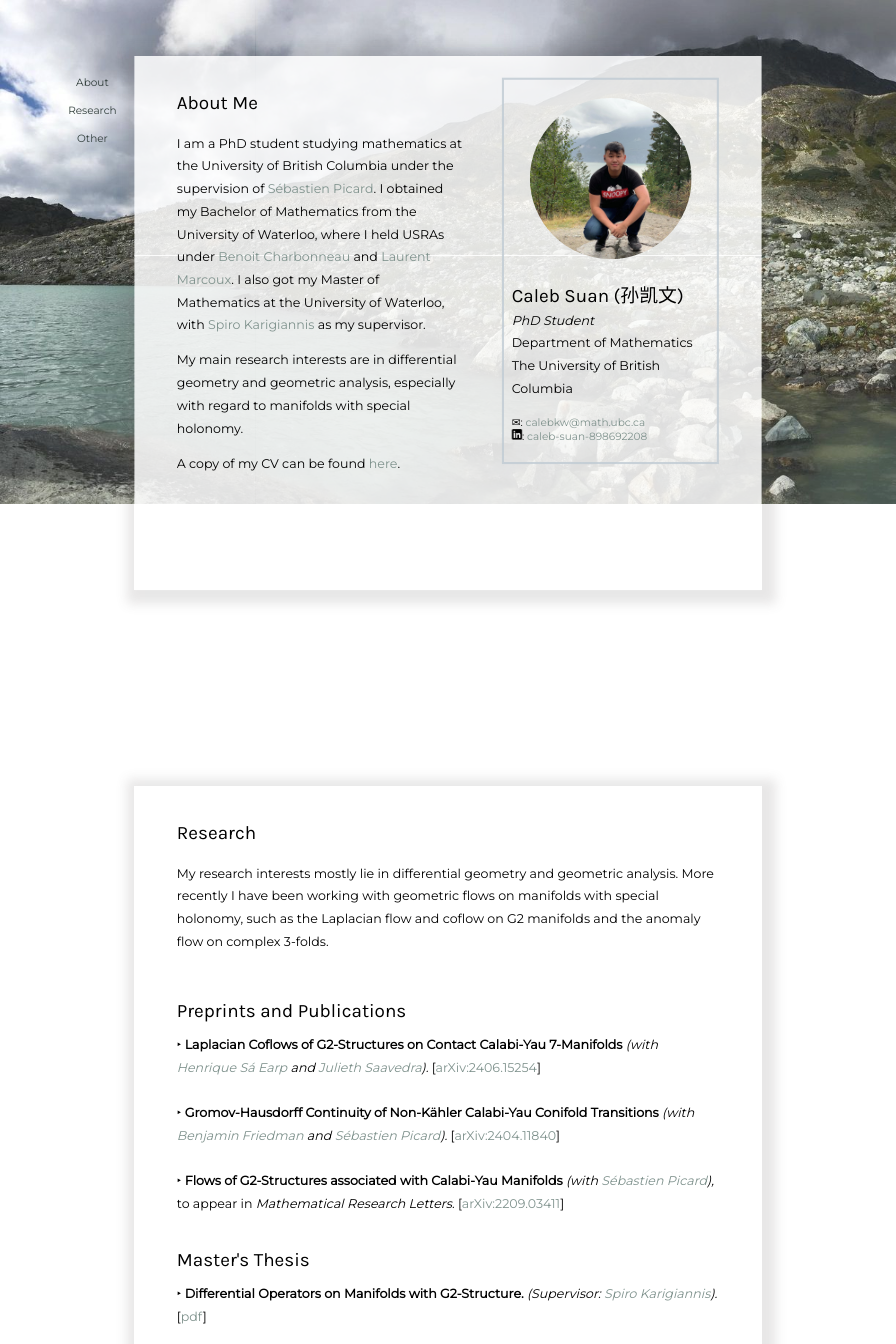
Repository: calebsuan/calebsuan.github.io
Page: index.html
These files come from the project's save history. The page is drawn as it stood at one moment and after the next save; the edit follows.
The browser window is 1280 px wide. The pictures show the part of the page from y = 0 to 1920 px (the page is 4128 px tall), at 70% of full size.

Above is the page before, as saved 2024-06-30 01:59:26.

After the next save:
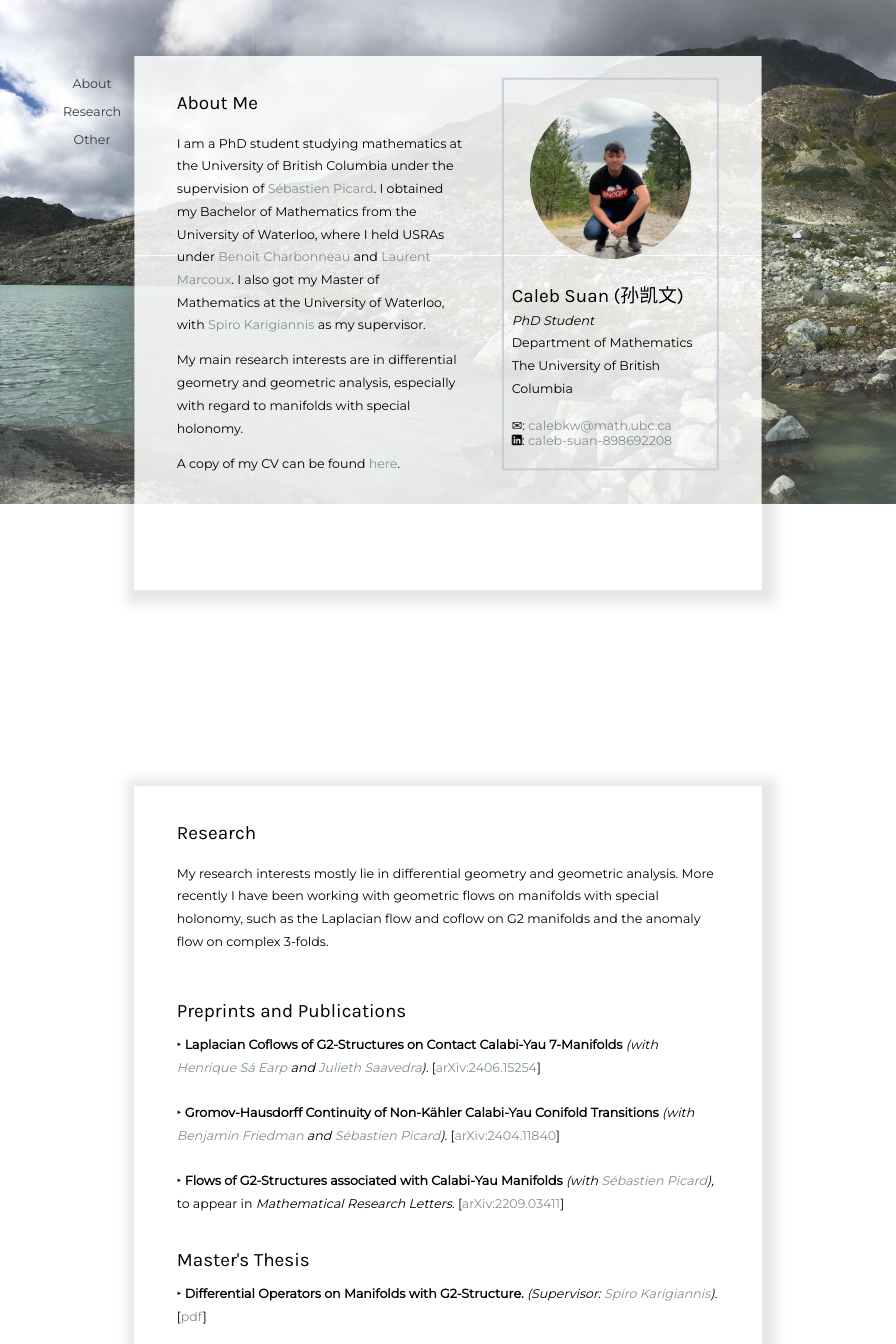
Saved 66 s later.
--- a/index.css
+++ b/index.css
@@ -110,7 +110,7 @@ body{
 
 .Head3{
 
-    font-size: 15px;
+    font-size: 18px;
     margin-top: 3px;
     margin-bottom: 3px;
 
